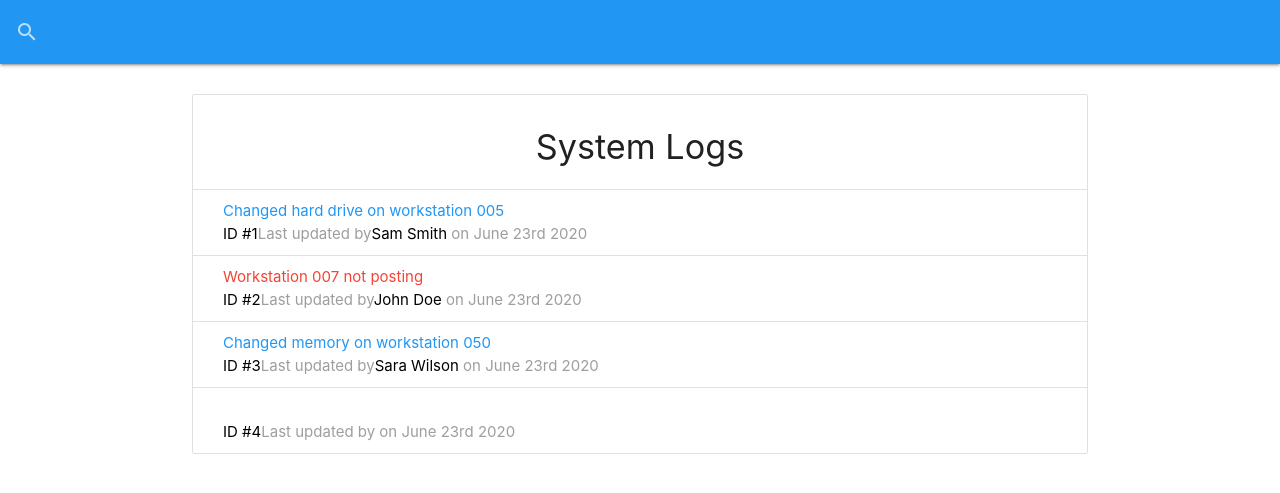
Repository: Takudzwa413/it-logger
Page: /
These files come from the project's save history. The page is drawn as it stood at one moment and after the next save; the edit follows.
The browser window is 1280 px wide. The pictures show the whole page.
The project was rebuilt for these pictures with package versions that can differ from the ones it lists, and the page was loaded fresh each time. Requests to the local data server were answered from the project's data file.

Above is the page before, as saved 2020-06-24 03:47:39.

After the next save:
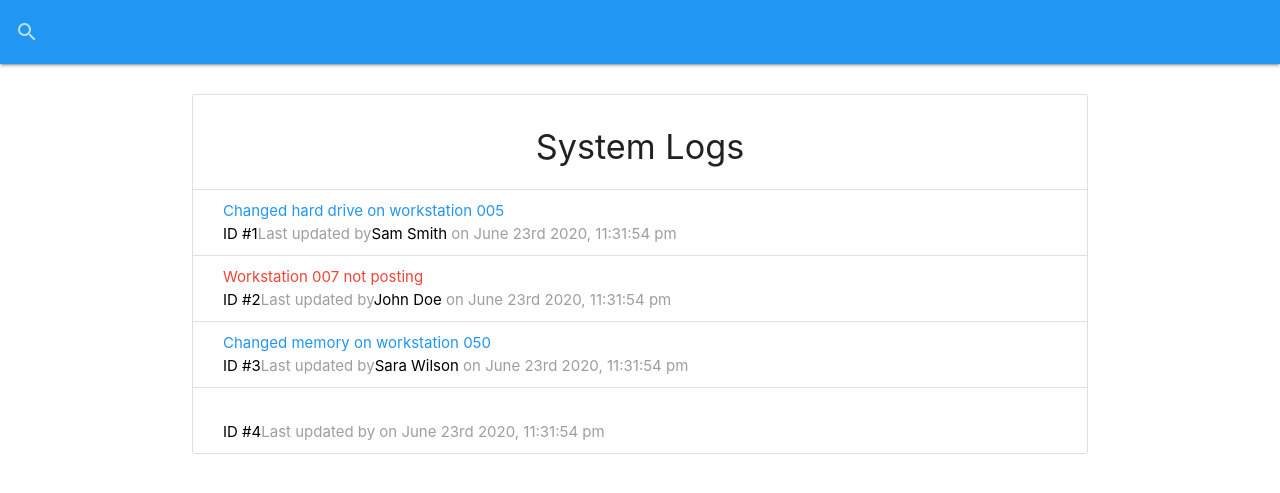
Saved 118 s later.
--- a/src/components/logs/LogItem.js
+++ b/src/components/logs/LogItem.js
@@ -18,7 +18,7 @@ const LogItem = ({ log }) => {
         <span className='grey-text'>
           <span className='black-text'>ID #{log.id}</span>Last updated by{""}
           <span className='black-text'>{log.tech}</span> on{" "}
-          <Moment format='MMMM Do YYYY' />
+          <Moment format='MMMM Do YYYY, h:mm:ss a ' />
         </span>
       </div>
     </li>
